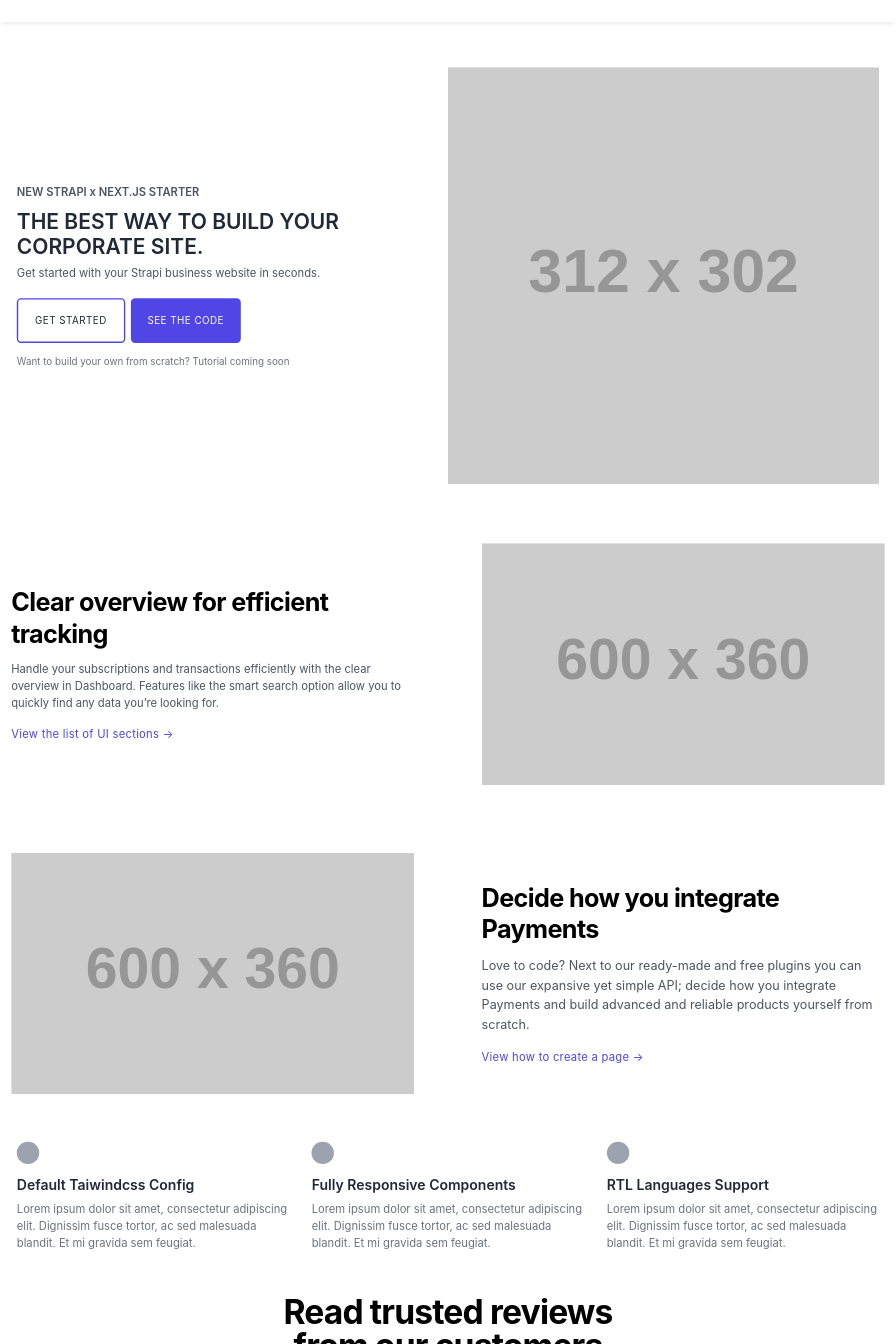
Repository: PaulBratslavsky/next-13-corporate-template
Page: /
The author's editor kept a copy of each file at every save. The page is drawn from the files as they stood at one save, then again after a run of saves.
The browser window is 1280 px wide. The pictures show the part of the page from y = 0 to 1920 px (the page is 3684 px tall before and 3732 px after), at 70% of full size.
The project was rebuilt for these pictures with package versions that can differ from the ones it lists, and the page was loaded fresh each time. The framework's server and built-in components were replaced by stand-ins that run in the browser. Also part of the build but not shown: next.config.js.

Above is the page before, as saved 2022-12-09 12:54:12.

### app/layout.jsx
"use client" // declare a NextJs13 component as a client component
import "./globals.css";
import Navbar from '../components/navbar'
import Footer from '../components/footer'

export default function RootLayout({ children }) {
  return (
    <html lang="en">
      {/*
        <head /> will contain the components returned by the nearest parent
        head.tsx. Find out more at https://beta.nextjs.org/docs/api-reference/file-conventions/head
      */}
      <head />
      <body>
        <Navbar />
        <main>{children}</main>
        <Footer />
      </body>
    </html>
  );
}

### app/page.jsx
import Feature_Section from '../components/feature_section'
import Testimonial from '../components/testimonial_layout'
import CTA from '../components/callToAction'
import Newsletter from '../components/newsletter'
import Image from 'next/image'

export default function Home() {
  return (
    <div>
      <main className="bg-white">
          <div className="container px-6 py-16 mx-auto">
            <div className="items-center lg:flex">
                <div className="w-full lg:w-1/2">
                    <div className="lg:max-w-lg">
                      <span className='block mb-3 font-semibold text-left text-gray-600'>NEW STRAPI x NEXT.JS STARTER</span>
                        <h1 className="text-3xl font-semibold text-gray-800 uppercase lg:text-3xl">The best way to build your Corporate Site.</h1>

                        <p className="mt-2 text-gray-600 dark:text-gray-600">Get started with your Strapi business website in seconds.</p>

                        {/*buttons container  */}
                      <div className="flex justify-between w-80">
                        <button className="w-full px-6 py-5 mt-6 text-sm tracking-wider text-gray-800 uppercase transition-colors duration-300 transform bg-white border-2 border-indigo-600 rounded-md lg:w-auto hover:bg-indigo-600 focus:outline-none focus:bg-indigo-600 hover:text-white">Get Started</button>
                        <button className="w-full px-6 py-5 mt-6 text-sm tracking-wider text-white uppercase transition-colors duration-300 transform bg-indigo-600 rounded-md lg:w-auto hover:bg-indigo-700 focus:outline-none focus:bg-indigo-600">See The Code
                        </button>
                      </div>

                      <p className="mt-4 text-sm text-gray-500">Want to build your own from scratch? Tutorial coming soon</p>
                    </div>
                </div>

                <div className="flex items-center justify-center w-full mt-6 lg:mt-0 lg:w-1/2">
                    <Image
                    alt="Logo placement"
                    src='https://dummyimage.com/312x302'
                    width={950}
                    height={950}
                    className="w-full h-full lg:max-w-2xl"
                    />
                </div>

            </div>
        </div>
        <Feature_Section />
        <Testimonial />
        <Newsletter />
        <CTA />
      </main>
    </div>
  )
}

### app/globals.css
/* tailwind css modules start */
@tailwind base;
@tailwind components;
@tailwind utilities;
/* tailwind css modules end */

html,
body {
  padding: 0;
  margin: 0;
  font-family: -apple-system, BlinkMacSystemFont, Segoe UI, Roboto, Oxygen,
    Ubuntu, Cantarell, Fira Sans, Droid Sans, Helvetica Neue, sans-serif;
}

a {
  color: inherit;
  text-decoration: none;
}

* {
  box-sizing: border-box;
}

header {
  display: flex;
  justify-content: space-between;
  align-items: center;
  padding: 1rem;
  background: #f0f0f0;
  color: black;

  display: flex;
  justify-content: space-between;
  align-items: center;
  padding: 1rem;
  background: #f0f0f0;
  color: black;

}

@media (prefers-color-scheme: light) {
  html {
    color-scheme: dark;
    scroll-behavior: smooth;
  }
  body {
    color: black;
    background: white;
  }
}

### components/navbar.jsx
import React from 'react'
import Image from 'next/image'
import Link from "next/link"

const navbar = () => {
  return (
    <>
      <header className="relative text-gray-800 bg-white shadow-md">
      </header>
    </>
  )
}

export default navbar

### components/footer.jsx
import React from 'react'
import Image from 'next/image'

const footer = () => {
  return (
    <div>
        <footer className="px-4 py-12 mx-auto max-w-7xl">
            <div className="grid grid-cols-2 gap-10 mb-3 md:grid-cols-3 lg:grid-cols-11 lg:gap-20">
                <div className="col-span-3">
                <a href="#" title="Home Page" className="flex items-center">
                    <Image
                    alt='Strapi logo placeholder'
                    src='https://dummyimage.com/312x302'
                    width={60}
                    height={24}
                    className="w-12 h-12 p-2 text-white rounded-full"
                    />Strapi
                    <span className="sr-only">Home Page</span>
                </a>
                <p className="my-4 text-xs leading-normal text-gray-600">
                    The leading open source headless CMS built with <strong>100% JavaScript</strong>. Built simple, secure and powerful APIs with Strapi
                </p>
                </div>
                <nav className="col-span-1 md:col-span-1 lg:col-span-2">
                <p className="mb-3 text-xs font-semibold tracking-wider text-gray-400 uppercase">Product</p>
                <a className="flex mb-3 text-sm font-medium text-gray-800 transition md:mb-2 hover:text-indigo-600" href="#">Features</a>
                <a className="flex mb-3 text-sm font-medium text-gray-800 transition md:mb-2 hover:text-indigo-600" href="#">Pricing</a>
                <a className="flex mb-3 text-sm font-medium text-gray-800 transition md:mb-2 hover:text-indigo-600" href="#">Feedback</a>
                <a className="flex mb-3 text-sm font-medium text-gray-800 transition md:mb-2 hover:text-indigo-600" href="#">FAQs</a>
                </nav>
                <nav className="col-span-2 md:col-span-1 lg:col-span-2">
                <p className="mb-3 text-xs font-semibold tracking-wider text-gray-400 uppercase">Support</p>
                <a className="flex mb-3 text-sm font-medium text-gray-800 transition md:mb-2 hover:text-indigo-600" href="#">Chat</a>
                <a className="flex mb-3 text-sm font-medium text-gray-800 transition md:mb-2 hover:text-indigo-600" href="#"> Email Support </a>
                <a className="flex mb-3 text-sm font-medium text-gray-800 transition md:mb-2 hover:text-indigo-600" href="#"> Help </a>
                </nav>
                <nav className="col-span-1 md:col-span-1 lg:col-span-2">
                <p className="mb-3 text-xs font-semibold tracking-wider text-gray-400 uppercase">Resources</p>
                <a className="flex mb-3 text-sm font-medium text-gray-800 transition md:mb-2 hover:text-indigo-600" href="#">Blog</a>
                <a className="flex mb-3 text-sm font-medium text-gray-800 transition md:mb-2 hover:text-indigo-600" href="#"> Twitter </a>
                <a className="flex mb-3 text-sm font-medium text-gray-800 transition md:mb-2 hover:text-indigo-600" href="#">Alternatives</a>
                </nav>
                <nav className="col-span-1 md:col-span-1 lg:col-span-2">
                <p className="mb-3 text-xs font-semibold tracking-wider text-gray-400 uppercase">Company</p>
                <a className="flex mb-3 text-sm font-medium text-gray-800 transition md:mb-2 hover:text-indigo-600" href="#">About Us</a>
                <a className="flex mb-3 text-sm font-medium text-gray-800 transition md:mb-2 hover:text-indigo-600" href="#">Privacy</a>
                <a className="flex mb-3 text-sm font-medium text-gray-800 transition md:mb-2 hover:text-indigo-600" href="#">Terms</a>
                <a className="flex mb-3 text-sm font-medium text-gray-800 transition md:mb-2 hover:text-indigo-600" href="#">Status</a>
                </nav>
            </div>
            <div className="flex flex-col items-start justify-between pt-10 mt-10 border-t border-indigo-600 md:flex-row md:items-center">
                <p className="mb-2 text-xs text-left text-gray-600 md:mb-0">Built by developers, for developers.</p>
                <p className="mb-0 text-xs text-left text-gray-600 md:mb-0">Copyright &copy; 2022/23 JAMstack</p>
            </div>
        </footer>
    </div>
  )
}

export default footer

### components/feature_section.jsx
import React from 'react'
import Image from 'next/image'
import Features_Column from './feature_column'

const feature_section = () => {
  return (
    <div>
        <section className="px-4 py-5 mx-auto max-w-7xl">
            <div className="grid items-center grid-cols-1 mb-24 md:grid-cols-2 gap-y-10 md:gap-y-32 gap-x-10 md:gap-x-24">
                <div>
                <h2 className="mb-4 text-2xl font-bold tracking-tight text-center text-black md:leading-tight sm:text-left md:text-4xl">Clear overview for efficient tracking</h2>
                <p className="mb-5 text-base text-center text-gray-600 sm:text-left md:text-md">
                    Handle your subscriptions and transactions efficiently with the clear overview in Dashboard. Features like the smart search option allow you to quickly find any data you’re looking for.
                </p>
                <a href="#" className="w-full text-indigo-600 hover:text-indigo-500 sm:w-auto hover:letter-spacing: 0.025em tracking-wide hover:tracking-wide -tracking-2">View the list of UI sections &rarr;</a>
                </div>

                <Image
                alt="Party"
                src='https://dummyimage.com/600x360'
                width={450}
                height={450}
                className="w-full h-full lg:max-w-2xl"
                />

            </div>
            <div className="grid flex-col-reverse items-center grid-cols-1 md:grid-cols-2 gap-y-10 md:gap-y-32 gap-x-10 md:gap-x-24">
                <div className="order-none md:order-2">
                <h2 className="mb-4 text-2xl font-bold tracking-tight text-center text-black md:leading-tight sm:text-left md:text-4xl">Decide how you integrate Payments</h2>
                <p className="mb-5 text-base text-center text-gray-600 sm:text-left md:text-lg">
                    Love to code? Next to our ready-made and free plugins you can use our expansive yet simple API; decide how you integrate Payments and build advanced and reliable products yourself from
                    scratch.
                </p>
                <a href="#" className="w-full text-indigo-600 hover:text-indigo-500 hover:letter-spacing: 0.025em sm:w-auto tracking-wide hover:tracking-wide -tracking-2">View how to create a page &rarr;</a>
                </div>

                <Image
                alt="Party"
                src='https://dummyimage.com/600x360'
                width={450}
                height={450}
                className="w-full h-full lg:max-w-2xl"
                />
            </div>
        </section>
        <Features_Column />
    </div>
  )
}

export default feature_section

### components/testimonial_layout.jsx
import React from 'react'
import Testimonial from './testimonial_card'

const testimonial_layout = () => {
  return (
    <>
    <section className="bg-white">
        <div className="max-w-screen-xl px-4 py-16 mx-auto sm:px-6 sm:py-4 lg:px-8">
            <div className="max-w-xl mx-auto text-center">
                <h2 className="text-4xl font-bold tracking-tight sm:text-5xl">
                    Read trusted reviews from our customers
                </h2>

                <p className="max-w-lg mx-auto mt-4 text-gring-offset-warm-gray-500">
                    Lorem ipsum dolor sit amet consectetur adipisicing elit. Aspernatur
                    praesentium natus sapiente commodi. Aliquid sunt tempore iste
                    repellendus explicabo dignissimos placeat, autem harum dolore
                    reprehenderit quis! Quo totam dignissimos earum.
                </p>
            </div>

        </div>
        <Testimonial />
        {/* Logo section */}
            <div className="max-w-3xl px-4 py-6 mx-auto">
                <div className="grid grid-cols-3 gap-5">
                    <div className="flex items-center justify-center">
                        <div className='w-12 h-12 bg-gray-400 rounded-full'></div>
                    </div>
                    <div className="flex items-center justify-center">
                        <div className='w-12 h-12 bg-gray-400 rounded-full'></div>
                    </div>
                    <div className="flex items-center justify-center">
                        <div className='w-12 h-12 bg-gray-400 rounded-full'></div>
                    </div>
                </div>
            </div>
        </section>
    </>
  )
}

export default testimonial_layout

### components/callToAction.jsx
import React from 'react'

const callToAction = () => {
  return (
    <div>
        <section className="w-full bg-indigo-600">
            <div className="w-full px-4 py-10 mx-auto text-left md:text-center md:w-3/4 lg:w-2/4">
                <h2 className="mb-6 text-3xl font-extrabold tracking-tight text-center text-white md:text-5xl md:mb-6 md:leading-tight">Start Building Your Website.</h2>
                <div className="flex mb-0 space-x-0 md:space-x-2 justify-evenly">
                <button className="inline-flex items-center justify-center w-full px-5 py-4 mb-2 text-indigo-600 bg-white border-2 rounded-md sm:w-auto sm:mb-0" href="#">
                    Get Started
                </button>
                <button className="inline-flex items-center justify-center w-full px-5 py-4 mb-2 text-white bg-indigo-600 border-2 rounded-md sm:w-auto sm:mb-0" href="#">
                    Book a Demo
                </button>
                </div>
            </div>
        </section>
    </div>
  )
}

export default callToAction

### components/newsletter.jsx
import React from 'react'

const newsletter = () => {
  return (
    <div>
        <section className="bg-gray-100">
            <div className="p-8 mt-10 md:p-12 lg:px-16 lg:py-10">
                <div className="max-w-lg mx-auto text-center">
                <h2 className="text-2xl font-bold text-gray-900 md:text-3xl">
                    Subscribed To Our Newsletter
                </h2>
                </div>

                <div className="max-w-xl mx-auto mt-8">
                <form action="#" className="sm:flex sm:gap-4">
                    <div className="sm:flex-1">
                    <label for="email" className="sr-only">Email</label>

                    <input
                        type="email"
                        placeholder="Email address"
                        className="w-full p-3 text-gray-700 transition bg-white border-indigo-600 rounded-md shadow-sm focus:border-white focus:outline-none focus:ring focus:ring-indigo-500"
                    />
                    </div>

                    <button
                    type="submit"
                    className="flex items-center justify-center w-full px-5 py-3 mt-4 text-indigo-600 transition bg-white border-2 border-indigo-600 rounded-md group focus:outline-none sm:mt-0 sm:w-auto"
                    >
                    <span className="text-sm font-medium"> Sign Up </span>
                    </button>
                </form>
                </div>
            </div>
        </section>
    </div>
  )
}

export default newsletter

### components/feature_column.jsx
import React from 'react'

const feature_column = () => {
  return (
    <div>
        <section className="bg-white">
            <div className="container px-6 py-12 mx-auto">
                <div className="grid grid-cols-1 gap-8 md:grid-cols-2 lg:grid-cols-3">
                    <div>
                    <div className='w-8 h-8 bg-gray-400 rounded-full'></div>

                        <h1 className="mt-4 text-xl font-semibold text-gray-800">Default Taiwindcss Config</h1>

                        <p className="mt-2 text-gray-500">Lorem ipsum dolor sit amet, consectetur adipiscing elit. Dignissim fusce tortor, ac sed malesuada blandit. Et mi gravida sem feugiat.</p>
                    </div>

                    <div>
                    <div className='w-8 h-8 bg-gray-400 rounded-full'></div>

                        <h1 className="mt-4 text-xl font-semibold text-gray-800">Fully Responsive Components</h1>

                        <p className="mt-2 text-gray-500">Lorem ipsum dolor sit amet, consectetur adipiscing elit. Dignissim fusce tortor, ac sed malesuada blandit. Et mi gravida sem feugiat.</p>
                    </div>

                    <div>
                        <div className='w-8 h-8 bg-gray-400 rounded-full'></div>

                        <h1 className="mt-4 text-xl font-semibold text-gray-800">RTL Languages Support</h1>

                        <p className="mt-2 text-gray-500">Lorem ipsum dolor sit amet, consectetur adipiscing elit. Dignissim fusce tortor, ac sed malesuada blandit. Et mi gravida sem feugiat.</p>
                    </div>
                </div>
            </div>
        </section>
    </div>
  )
}

export default feature_column

### components/testimonial_card.jsx
import React from 'react'
import Image from 'next/image'

const testimonial_card = () => {
  return (
    <div>
        <section className="bg-white">
            <div className="max-w-6xl px-6 pb-4 mx-auto mb-5">
                <main className="relative z-20 w-full mt-8 md:flex md:items-center xl:mt-12">
                    <div className="absolute w-full bg-indigo-600 -z-10 md:h-96 rounded-2xl"></div>

                    <div className="w-full p-6 bg-indigo-600 md:flex md:items-center rounded-2xl md:bg-transparent md:p-0 lg:px-12 md:justify-evenly">
                        <Image
                        alt="client photo"
                        src='https://dummyimage.com/312x302'
                        width={100}
                        height={100}
                        className="h-24 w-24 md:mx-6 rounded-full object-cover shadow-md md:h-[32rem] md:w-80 lg:h-[36rem] lg:w-[26rem] md:rounded-2xl"
                        />

                        <div className="mt-2 md:mx-6">
                            <div>
                                <p className="text-xl font-medium tracking-tight text-white">Ema Watson</p>
                                <p className="text-indigo-100 ">Marketing Manager at Stech</p>
                            </div>

                            <p className="mt-4 text-lg leading-relaxed text-white md:text-xl"> “Lorem ipsum dolor sit amet, consectetur adipisicing elit. Tempore quibusdam ducimus libero ad tempora doloribus expedita laborum saepe voluptas perferendis delectus assumenda”.</p>

                            <div className="flex items-center justify-between mt-6 md:justify-start">
                                <button title="left arrow" className="p-2 text-white transition-colors duration-300 border rounded-full rtl:-scale-x-100 hover:bg-indigo-500">
                                    <svg xmlns="http://www.w3.org/2000/svg" className="w-6 h-6" fill="none" viewBox="0 0 24 24" stroke="currentColor" strokeWidth="2">
                                        <path stroke-linecap="round" stroke-linejoin="round" d="M15 19l-7-7 7-7" />
                                    </svg>
                                </button>

                                <button title="right arrow" className="p-2 text-white transition-colors duration-300 border rounded-full rtl:-scale-x-100 md:mx-6 hover:bg-indigo-500">
                                    <svg xmlns="http://www.w3.org/2000/svg" className="w-6 h-6" fill="none" viewBox="0 0 24 24" stroke="currentColor" strokeWidth="2">
                                        <path stroke-linecap="round" stroke-linejoin="round" d="M9 5l7 7-7 7" />
                                    </svg>
                                </button>
                            </div>
                        </div>
                    </div>
                </main>
            </div>
        </section>
    </div>
  )
}

export default testimonial_card

### tailwind.config.js
//  @type {import('tailwindcss').Config}
module.exports = {
  content: [
    "./pages/**/*.{js,ts,jsx,tsx}",
    "./components/**/*.{js,ts,jsx,tsx}",
    "./app/**/*.{js,ts,jsx,tsx}",
  ],
  theme: {
    extend: {},
  },
  plugins: [],
}

After the next 3 saves:
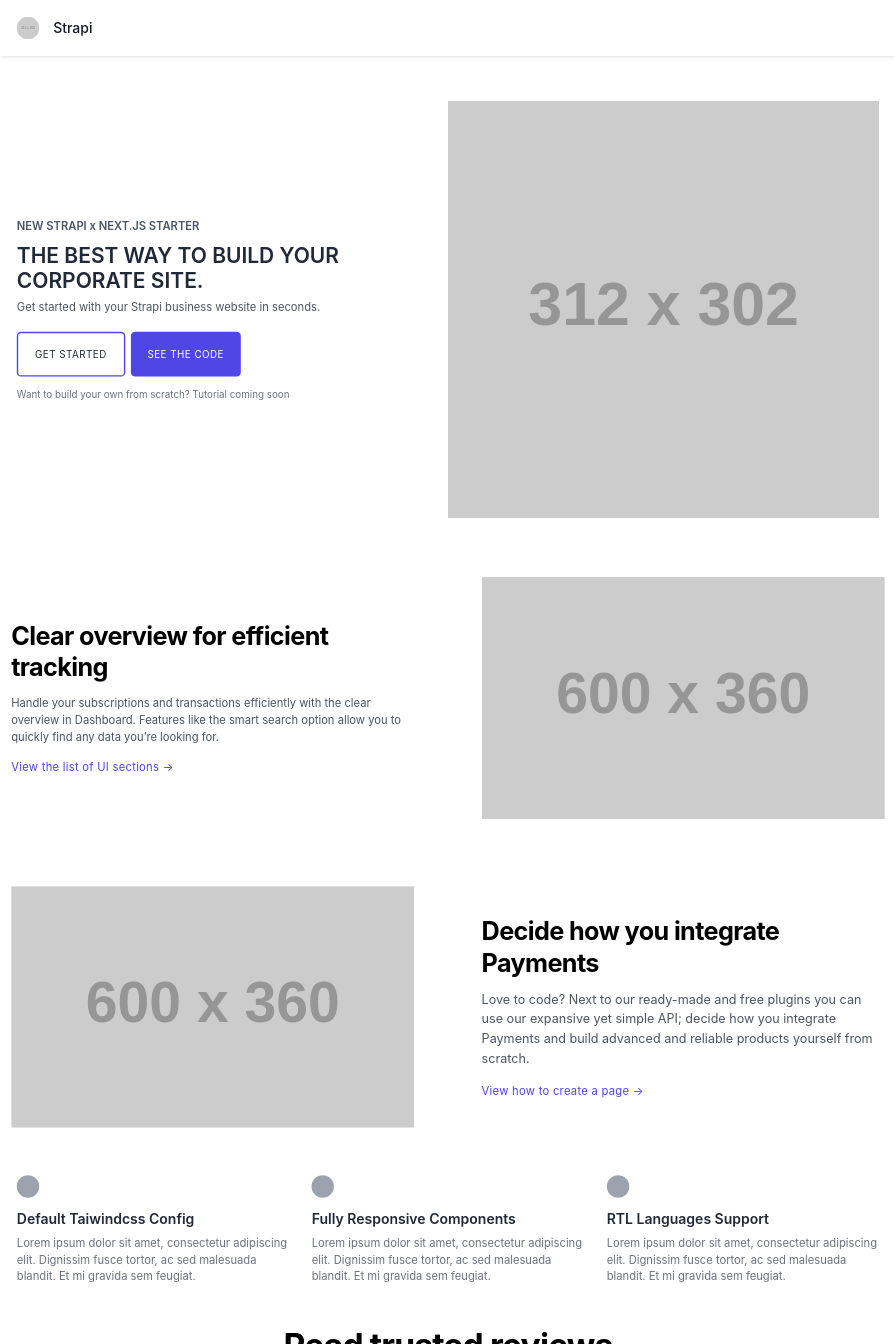
The 3 saves are shown as one change because 1 did not build or start and some came seconds apart.
The last was saved 67 s later.
--- a/components/navbar.jsx
+++ b/components/navbar.jsx
@@ -6,6 +6,19 @@ const navbar = () => {
   return (
     <>
       <header className="relative text-gray-800 bg-white shadow-md">
+        <div className="container flex flex-col flex-wrap items-center p-1 mx-auto lg:p-0 md:flex-row">
+          <a className="flex items-center mb-4 font-medium text-gray-900 title-font md:mb-0">
+
+            <Image
+              alt="Logo placement"
+              src='https://dummyimage.com/312x302'
+              width={950}
+              height={950}
+              className="w-12 h-12 p-2 text-white rounded-full"
+              />
+            <Link href="/"><span className="ml-3 text-xl">Strapi</span></Link>
+          </a>
+        </div>
       </header>
     </>
   )
